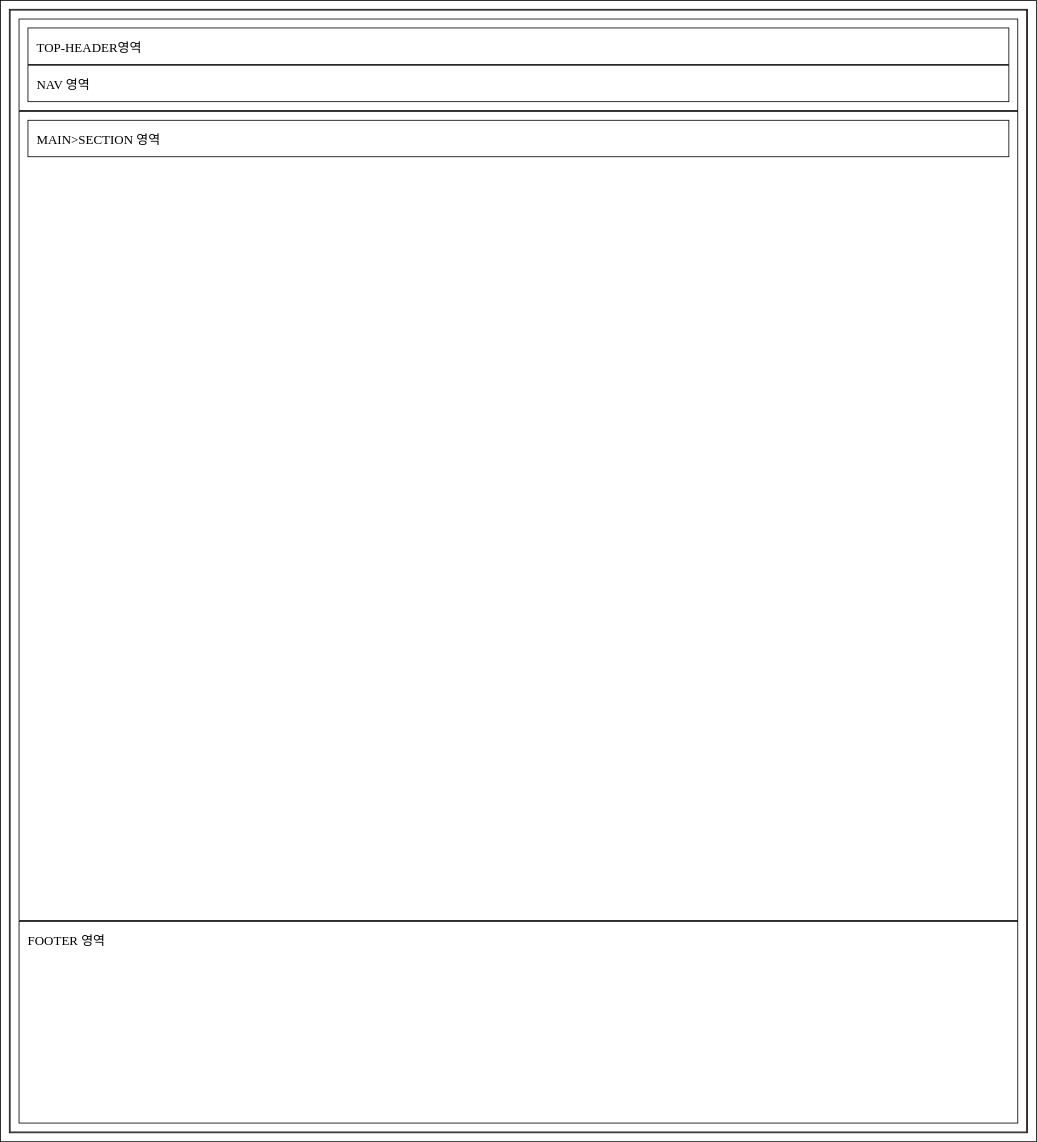
Repository: Leehj9094/JAVA_BOOK-
Page: http://localhost/01JSP/C03/02Include/index.jsp
The author's editor kept a copy of each file at every save. The page is drawn from the files as they stood at one save, then again after the next save.
The browser window is 1280 px wide. The pictures show the whole page, at 81% of full size.
The page is served by Tomcat 9. Other server files are loaded and not shown.

Above is the page before, as saved 2025-04-02 01:44:02.

### JSP/01JSP/src/main/webapp/C03/02Include/index.jsp
<%@ page language="java" contentType="text/html; charset=UTF-8"
    pageEncoding="UTF-8"%>
<!DOCTYPE html>
<html>
<head>
<meta charset="UTF-8">
<title>Insert title here</title>

<style>
:root{}
*{box-sizing:border-box;padding:10px; border:1px solid;}
a{}
ul{}
body{padding:0;margin:0;}
.wrapper{}
.wrapper>header{min-height:100px;}
.wrapper>header>.top-header{min-height:25px;}
.wrapper>header>.nav{min-height:75px;}
.wrapper>main{min-height:1000px};
.wrapper>section{}
.wrapper>footer{min-height:250px;}
</style>

</head>
<body>
	<div class="wrapper">
		<header>
			<!--  -->
			<%@ include file="./layouts/TopHeader.jsp" %>
			<!--  -->
			<%@ include file="./layouts/Nav.jsp" %>
		</header>
		<main>
			<section>MAIN>SECTION 영역</section>
		</main>
		<!--  -->
		<%@ include file="./layouts/Footer.jsp" %>
	</div>

</body>
</html>

### JSP/01JSP/src/main/webapp/C03/02Include/layouts/TopHeader.jsp
<%@ page language="java" contentType="text/html; charset=UTF-8"
    pageEncoding="UTF-8"%>
<!-- TOP-HEADER -->
<div class="top-header">TOP-HEADER영역</div>

### JSP/01JSP/src/main/webapp/C03/02Include/layouts/Nav.jsp
<%@ page language="java" contentType="text/html; charset=UTF-8"
    pageEncoding="UTF-8"%>
<!-- NAV -->
<nav>NAV 영역</nav>

### JSP/01JSP/src/main/webapp/C03/02Include/layouts/Footer.jsp
<%@ page language="java" contentType="text/html; charset=UTF-8"
    pageEncoding="UTF-8"%>
<!-- FOOTER -->
<footer>FOOTER 영역</footer>

After the next save:
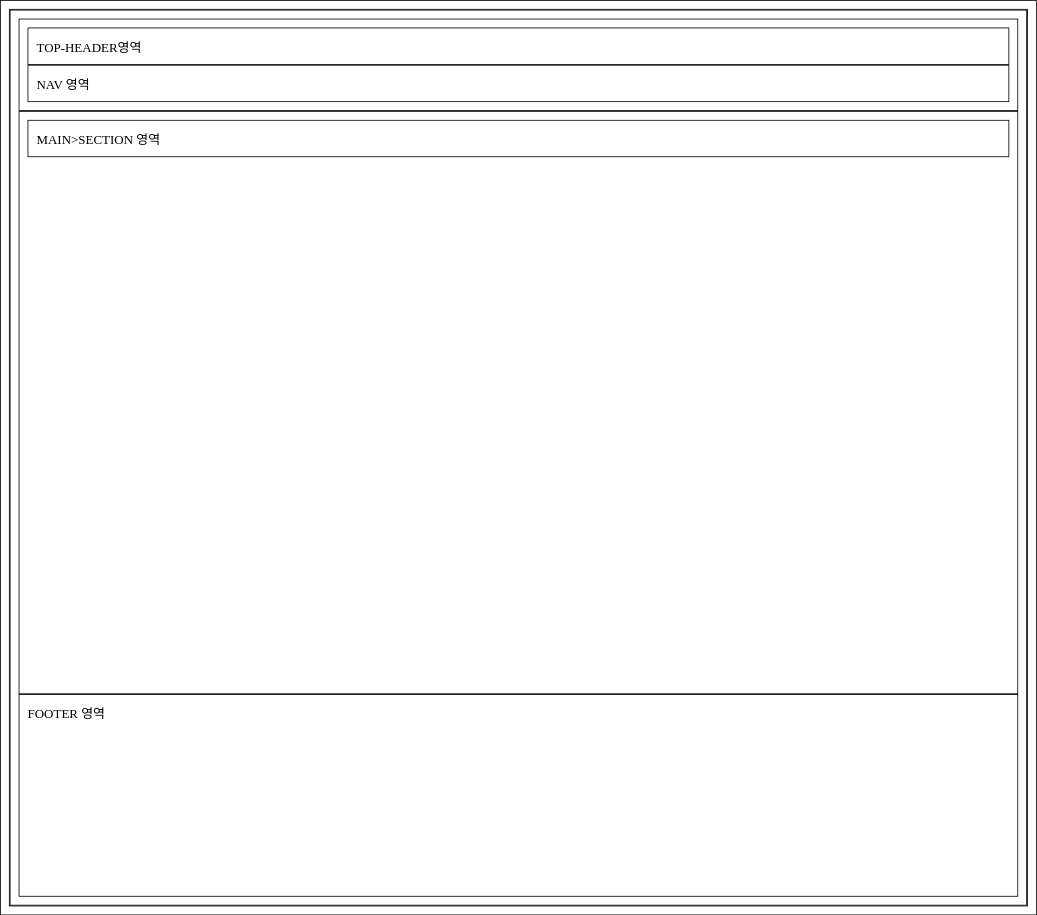
Saved 2 min 37 s later.
--- a/JSP/01JSP/src/main/webapp/C03/02Include/index.jsp
+++ b/JSP/01JSP/src/main/webapp/C03/02Include/index.jsp
@@ -16,7 +16,7 @@ body{padding:0;margin:0;}
 .wrapper>header{min-height:100px;}
 .wrapper>header>.top-header{min-height:25px;}
 .wrapper>header>.nav{min-height:75px;}
-.wrapper>main{min-height:1000px};
+.wrapper>main{min-height:100vh;};
 .wrapper>section{}
 .wrapper>footer{min-height:250px;}
 </style>
